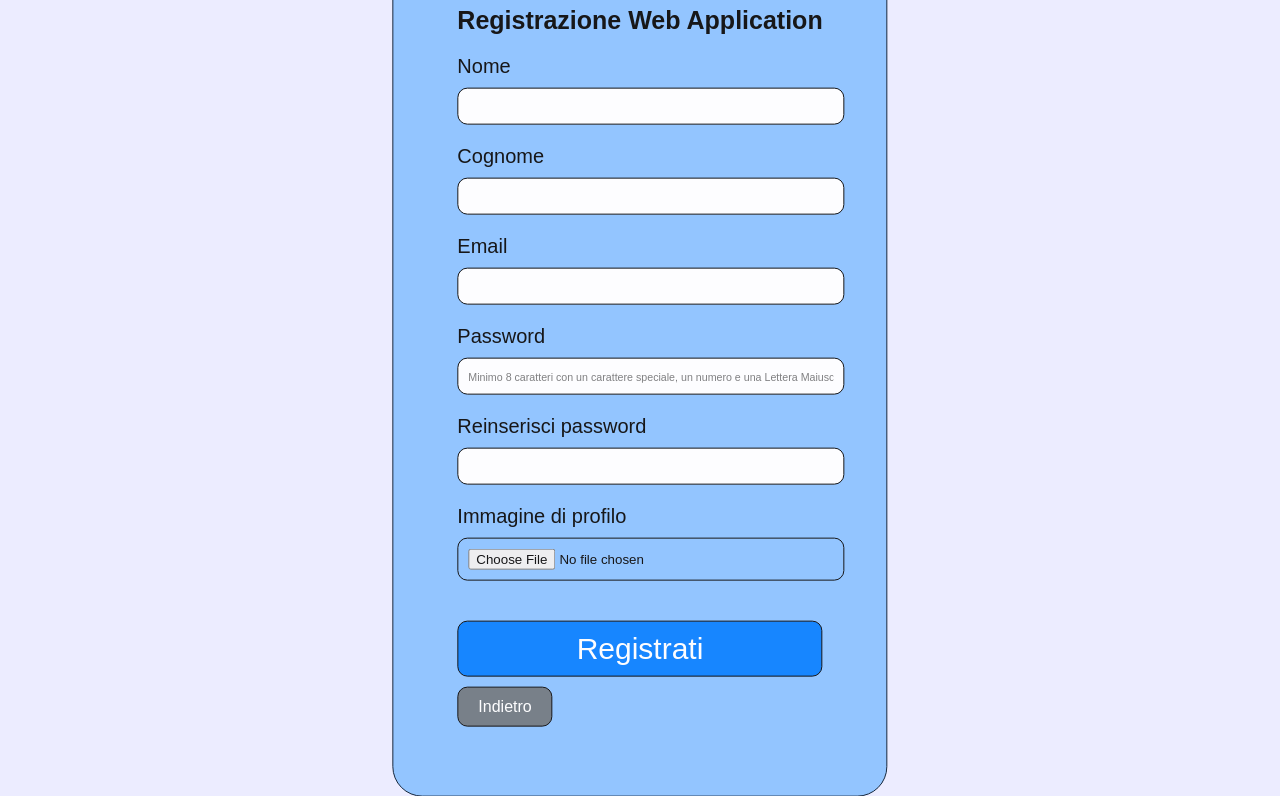
Repository: GabrielCellammare/WebApplication-SA-CyberSecurity
Page: http://localhost/WebProject-CellammareGabriel_ApplicationSecurity_/registration.jsp
The author's editor kept a copy of each file at every save. The page is drawn from the files as they stood at one save, then again after the next save.
The browser window is 1280 px wide. The pictures show the whole page.
The page is served by Tomcat 9. Nobody is signed in. The application's start-up code is not run. Other server files are loaded and not shown.

Above is the page before, as saved 2024-03-09 08:12:29.

### WebProject-CellammareGabriel(ApplicationSecurity)/WebContent/registration.jsp
<%@ page language="java" contentType="text/html; charset=ISO-8859-1"
    pageEncoding="ISO-8859-1"%>
<!DOCTYPE html>
<html>
    <head>
        <title>Registrazione Web Application Cellammare Gabriel</title>
         <style>
         	<%@include file="/WEB-INF/css/styleRegistration.css"%>
         </style>
    </head>
    <body>
        <div class="container">
            <h1>Registrazione Web Application</h1>
            <form action="RegistrationServlet" method="post" enctype="multipart/form-data">
            	<div class="field">
                    <label for="name">Nome</label>
                    <input type="name" name="name" id="name" required>
                </div>
                <div class="field">
                    <label for="surname">Cognome</label>
                    <input type="surname" name="surname" id="surname" required>
                </div>
                <div class="field">
                    <label for="email">Email</label>
                    <input type="email" name="email" id="email" required>
                </div>
                <div class="field">
                    <label for="password">Password</label>
                    <input type="password" name="password" id="password"
                    placeholder="Minimo 8 caratteri con un carattere speciale, un numero e una Lettera Maiuscola" required>
                </div>
                <div class="field">
                    <label for="retype-password">Reinserisci password</label>
                    <input type="password" name="retype-password" id="retype-password" required>
                </div>
                <div class="field">
                    <label for="image">Immagine di profilo</label>
                    <input type="file" name="image" id="image">
                </div>
                <input type="submit" value="Registrati">
                <a href="index.jsp" class="btn">Indietro</a>
            </form>

        </div>
    </body>
</html>

### WebProject-CellammareGabriel(ApplicationSecurity)/WebContent/WEB-INF/css/styleRegistration.css
@charset "ISO-8859-1";
body {
  font-family: sans-serif;
  background-color: #ececff;
}


#password::placeholder {
        font-size: 80%;
    }

.btn {
  display: inline-block;
  padding: 10px 20px;
  margin-top: 10px;
  margin-bottom: 5px;
  background-color: #6c757d;
  color: #fff;
  border: 1px solid black;
  border-radius: 10px;
  cursor: pointer;
  text-decoration:none;
}


.container {
  margin: 0 auto;
  max-width: 80vw;
  padding: 5vw;
  background-color: #8ac1ff;
  opacity: 0.9;
  border-radius: 30px;
  border:1px solid #001328;
  position: absolute;
  top: 50%;
  left: 50%;
  transform: translate(-50%, -50%);
}



h1 {
  text-align: center;
  font-size: 25px;
  font-weight: bold;
  margin-bottom: 20px;
}


.field {
  margin-bottom: 20px;
  font-size: 20px;
}

label {
  display: block;
  margin-bottom: 10px;
}

input {
  width: 100%;
  padding: 10px;
  border: 1px solid black;
  border-radius: 10px;
}

input[type="submit"] {
  margin-top:20px;
  background-color: #007bff;
  color: #fff;
  border: 1px solid black;
  border-radius: 10px;
  font-size: 30px;
  cursor: pointer;
}

.image {
  width: 200px;
  height: 200px;
  margin-bottom: 20px;
}

After the next save:
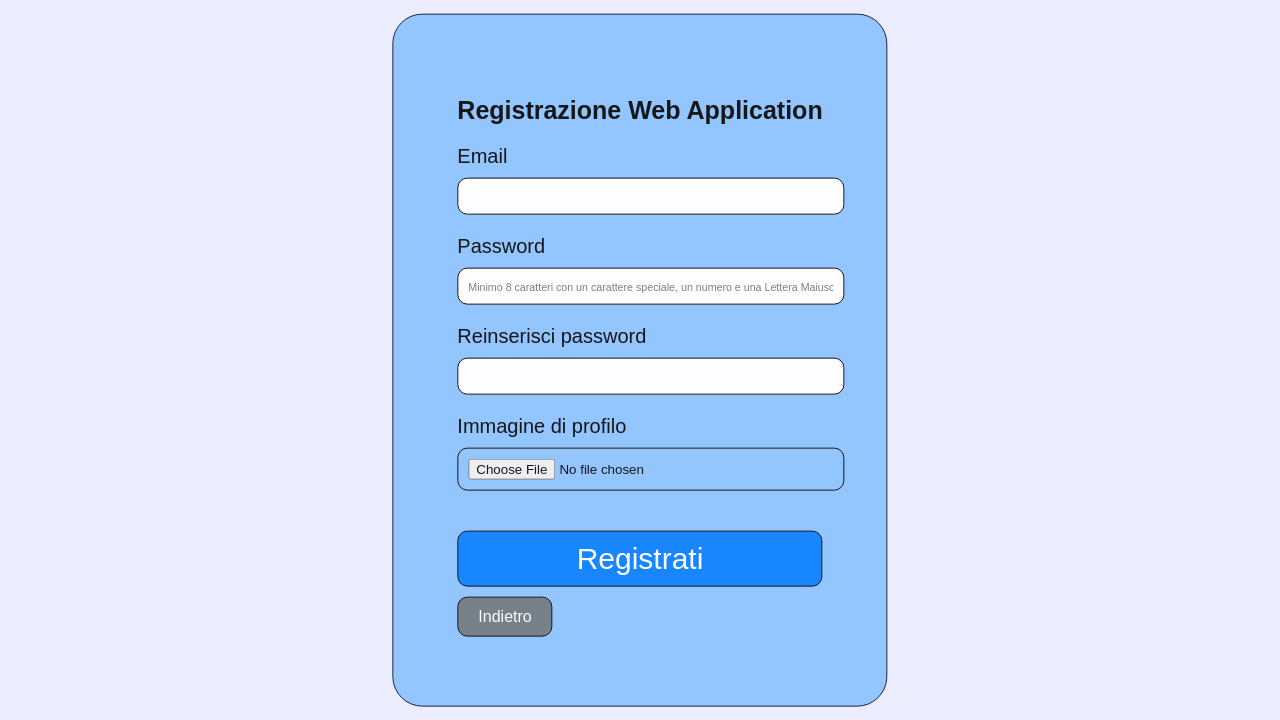
Saved 23 min 0 s later.
--- a/WebProject-CellammareGabriel(ApplicationSecurity)/WebContent/registration.jsp
+++ b/WebProject-CellammareGabriel(ApplicationSecurity)/WebContent/registration.jsp
@@ -12,14 +12,6 @@
         <div class="container">
             <h1>Registrazione Web Application</h1>
             <form action="RegistrationServlet" method="post" enctype="multipart/form-data">
-            	<div class="field">
-                    <label for="name">Nome</label>
-                    <input type="name" name="name" id="name" required>
-                </div>
-                <div class="field">
-                    <label for="surname">Cognome</label>
-                    <input type="surname" name="surname" id="surname" required>
-                </div>
                 <div class="field">
                     <label for="email">Email</label>
                     <input type="email" name="email" id="email" required>
